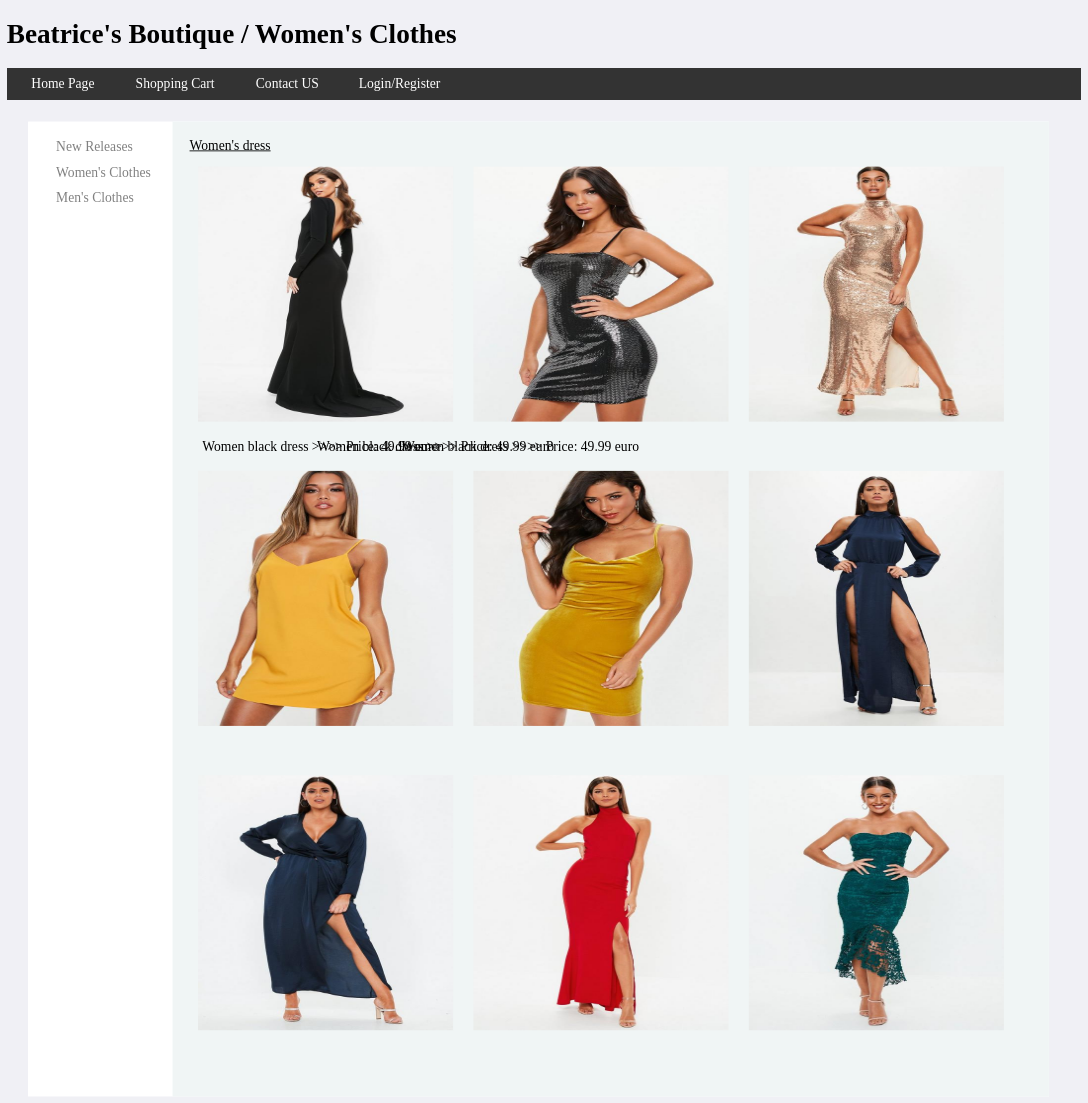
Repository: IosifDobos/Beatrice-Boutique
Page: http://localhost/BeatriceBoutique/womensClothes.jsp
An editor plug-in stored every save of this project. The page is shown before and after the next save, followed by the edit.
The browser window is 1280 px wide. The pictures show the whole page, at 85% of full size.
The page is served by Tomcat 9. Other server files are loaded and not shown.

Above is the page before, as saved 2018-12-04 17:40:47.

### BeatriceBoutique/Java/WorkSpace/BeatriceBoutique/WebContent/womensClothes.jsp
<!DOCTYPE html >
<html>
<head>
<meta http-equiv="Content-Type" content="text/html; charset=ISO-8859-1">
<link rel="stylesheet" type="text/css" href="styleSheet.css">
<title>Women's Clothes</title>
</head>
<body>

	<h1>Beatrice's Boutique / Women's Clothes</h1>

	<ul>
		<li><a href="homePage.html">Home Page</a></li>
		<li><a href="shoppingCart.html">Shopping Cart</a></li>
		<li><a href="contact.html">Contact US</a></li>
		<li><a href="login.html">Login/Register</a></li>
	</ul>


	<div class = "container">
		<!-- left side of the container where menu is displayed -->
		<div id="sidemenu">
			<a href="#">New Releases</a>
			<a href="womensClothes.html">Women's Clothes</a>
			<a href="#">Men's Clothes</a>
		</div>
		<!-- right side of the container -->
		<div id="right-side">
			<p><u>Women's dress</u></p>

			<img alt="dress" src="womens-img/black-open-back-maxi-dress.jpg" width="300" height="300" style="margin-left: 10px;">

			<img alt="dress1" src="womens-img/black-sewn-through-disc-bodycon-mini-dress.jpg" width="300" height="300" style="margin-left: 20px;">

			<img alt="dress2" src="womens-img/gold-sequin-choker-maxi-dress.jpg" width="300" height="300" style="margin-left: 20px;">
			<div id="product-1">
				<p>Women black dress >>>>  Price: 49.99 euro</p>
			</div>
			<div id="product-2">
				<p>Women black dress >>>>  Price: 49.99 euro</p>
			</div>
			<div id="product-3">
				<p>Women black dress >>>>  Price: 49.99 euro</p>
			</div>
			<br><br><br><br>
			<img alt="dress3" src="womens-img/mustard-cami-shift-dress.jpg" width="300" height="300" style="margin-left: 10px;">

			<img alt="dress4" src="womens-img/mustard-velvet-cowl-mini-dress.jpg" width="300" height="300" style="margin-left: 20px;">

			<img alt="dress5" src="womens-img/navy-split-front-maxi-dress.jpg" width="300" height="300" style="margin-left: 20px;">

			<br><br><br><br>
			<img alt="dress6" src="womens-img/plus-size-navy-wrap-front-knot-dress.jpg" width="300" height="300" style="margin-left: 10px;">

			<img alt="dress7" src="womens-img/red-choker-maxi-dress.jpg" width="300" height="300" style="margin-left: 20px;">

			<img alt="dress8" src="womens-img/teal-lace-bandeau-bust-cup-midi-dress.jpg" width="300" height="300" style="margin-left: 20px;">

			<br><br><br><br>
		</div>

	</div>

</body>
</html>

### BeatriceBoutique/Java/WorkSpace/BeatriceBoutique/WebContent/styleSheet.css
@charset "UTF-8";

body{
	background-color: #f0f0f5;
}

ul {
	position: -webkit-sticky;
	position: sticky;
    list-style-type: none;
    top: 0;
    margin: 0;
    padding: 0;
    overflow: hidden;
    background-color: #333;
}

li{
	float: left;
}

li a{
	display: block;
	color: white;
	text-align: center;
	padding: 10px 16px;
	text-decoration: none;
	width: 100px;

}

li a:hover {
    background-color: #555;
    color: white;
}

.active {
    background-color: #4CAF50;
    color: white;
}

.container{
	margin-top: 25px;
	margin-left: 25px;
	margin-right: 25px;
	background-color:  white;
	min-height: 400px;
	width: 95%;
}

/*#container:after{
	content: "";
	display: table;
	clear: both;
} */



#sidemenu {
    min-height: 100px;; /* Full-height: remove this if you want "auto" height */
    width: 150px;; /* Set the width of the sidebar */
    position: fixed; /* Fixed Sidebar (stay in place on scroll) */
    z-index: 1; /* Stay on top */
    top: 150px; /* Stay at the top */
    left: 50px;
    background-color: ; /* Black */
    overflow-x: hidden; /* Disable horizontal scroll */
    padding: 8px 0;
}

#sidemenu a {
    padding: 6px 8px 6px 16px;
    text-decoration: none;
    font-size: 16px;
    color: #818181;
    display: block;
}

/* When you mouse over the navigation links, change their color */
#sidemenu a:hover {
    color: #679898;
}

/* Style page content */
#right-side {
    margin-left: 170px; /* Same as the width of the sidebar */
    padding: 3px 5px 20px 20px;
    background-color: #f0f5f5;
    min-height: 300px;
}


/* #right-side{
	float: right;
	margin-right: 20px;
	width: 60%;
} */


#product-1{
	position: absolute;
	margin-left: 15px;
}

#product-2{
	position: absolute;
	margin-left: 150px;
}

#product-3{
	position: absolute;
	margin-left: 250px;
}



/* Responsive layout - when the screen is less than 600px wide, make the two columns stack on top of each other instead of next to each other */
@media screen and (max-width: 600px) {
    .col-25, .col-75, input[type=submit] {
        width: 100%;
        margin-top: 0;
    }
}

@media screen and (max-height: 450px) {
    #sidemenu {padding-top: 15px;}
    #sidemenu a {font-size: 18px;}
}

After the next save:
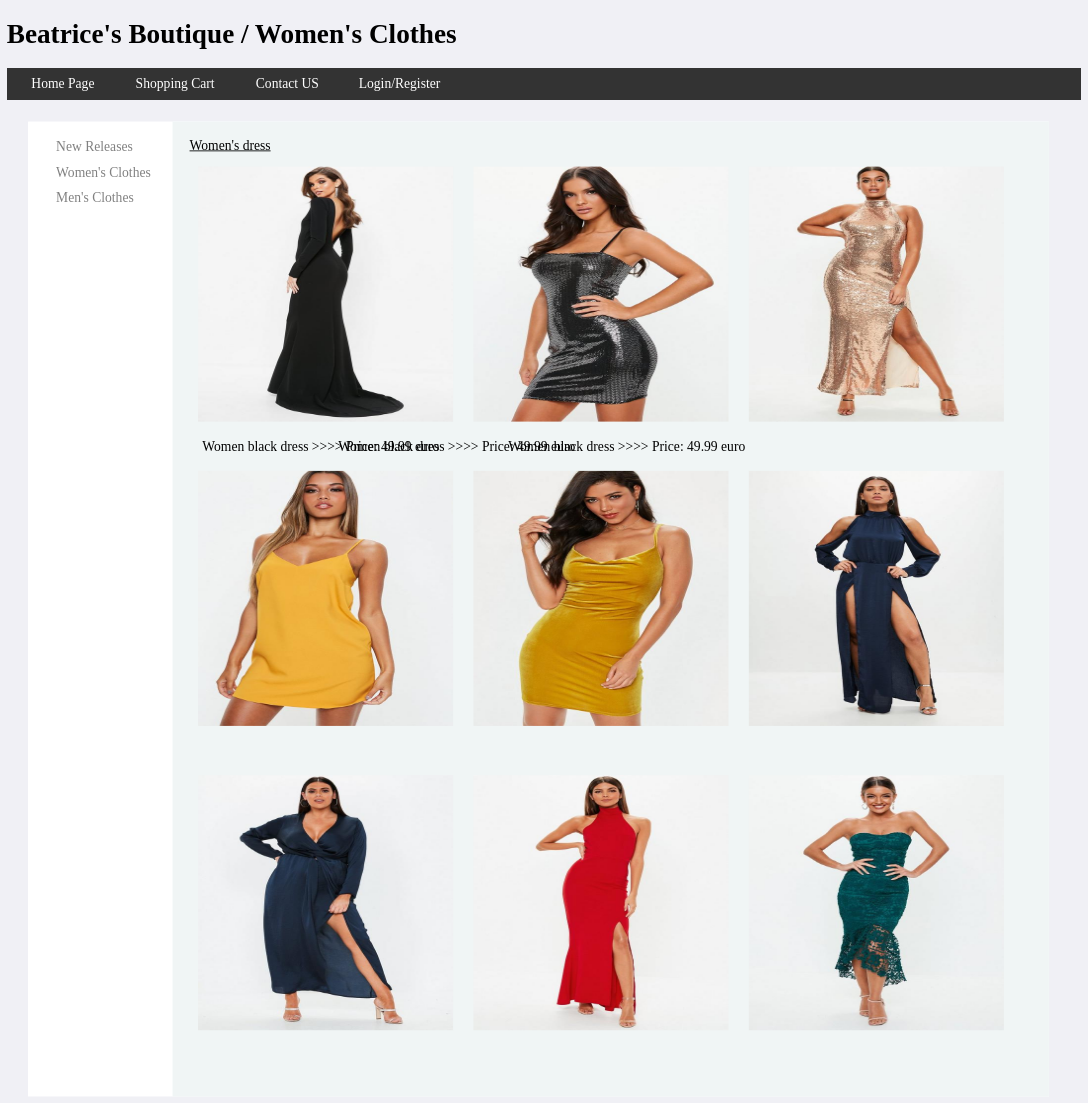
Saved 21 s later.
--- a/BeatriceBoutique/Java/WorkSpace/BeatriceBoutique/WebContent/styleSheet.css
+++ b/BeatriceBoutique/Java/WorkSpace/BeatriceBoutique/WebContent/styleSheet.css
@@ -104,12 +104,12 @@ li a:hover {
 
 #product-2{
 	position: absolute;
-	margin-left: 150px;
+	margin-left: 175px;
 }
 
 #product-3{
 	position: absolute;
-	margin-left: 250px;
+	margin-left: 375px;
 }
 
 
